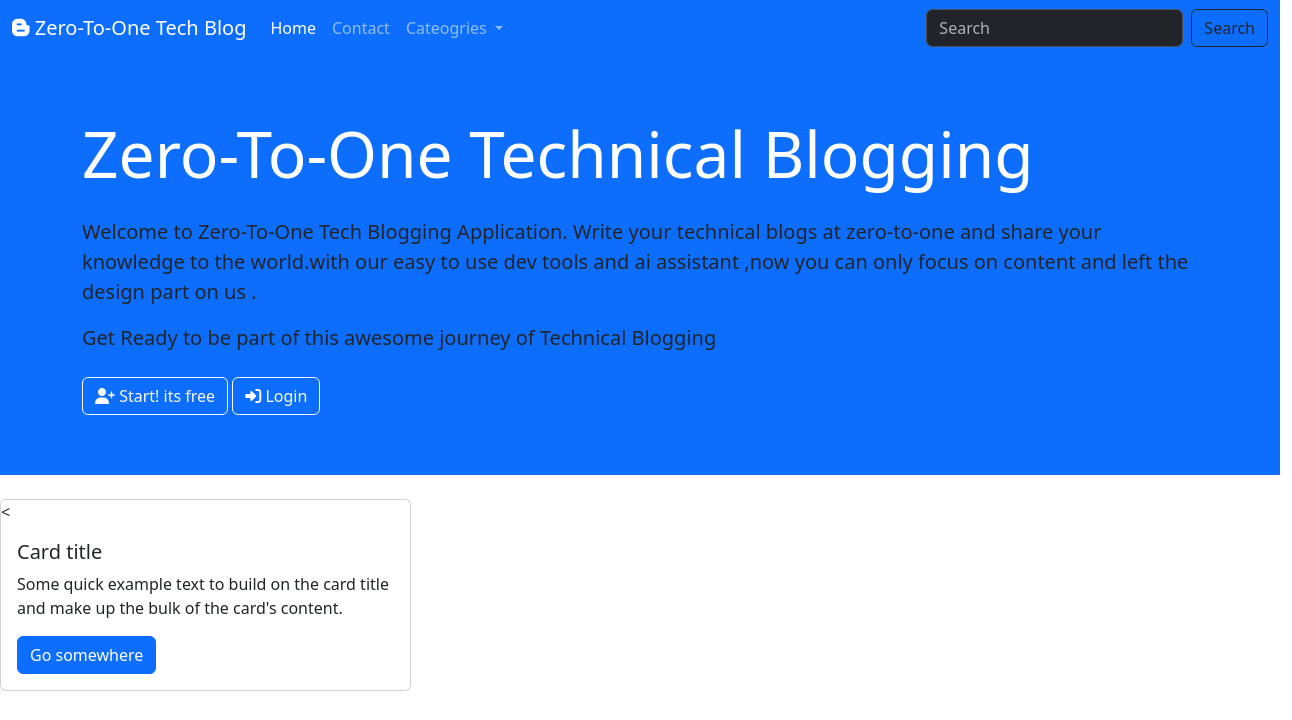
Repository: Gaurav560/PROJECT-ZeroToOne-TechBlog
Page: http://localhost/ZeroToOne/
An editor plug-in stored every save of this project. The page is shown before and after the next save, followed by the edit.
The browser window is 1280 px wide. The page is 1292 px wide, then 1280 px, so the pictures cover 1292 px, including what lies to the right of the window. The pictures show the whole page.
Some web libraries are served in a nearby version. The page is served by Tomcat 9.

Above is the page before, as saved 2023-04-29 07:48:50.

After the next save:
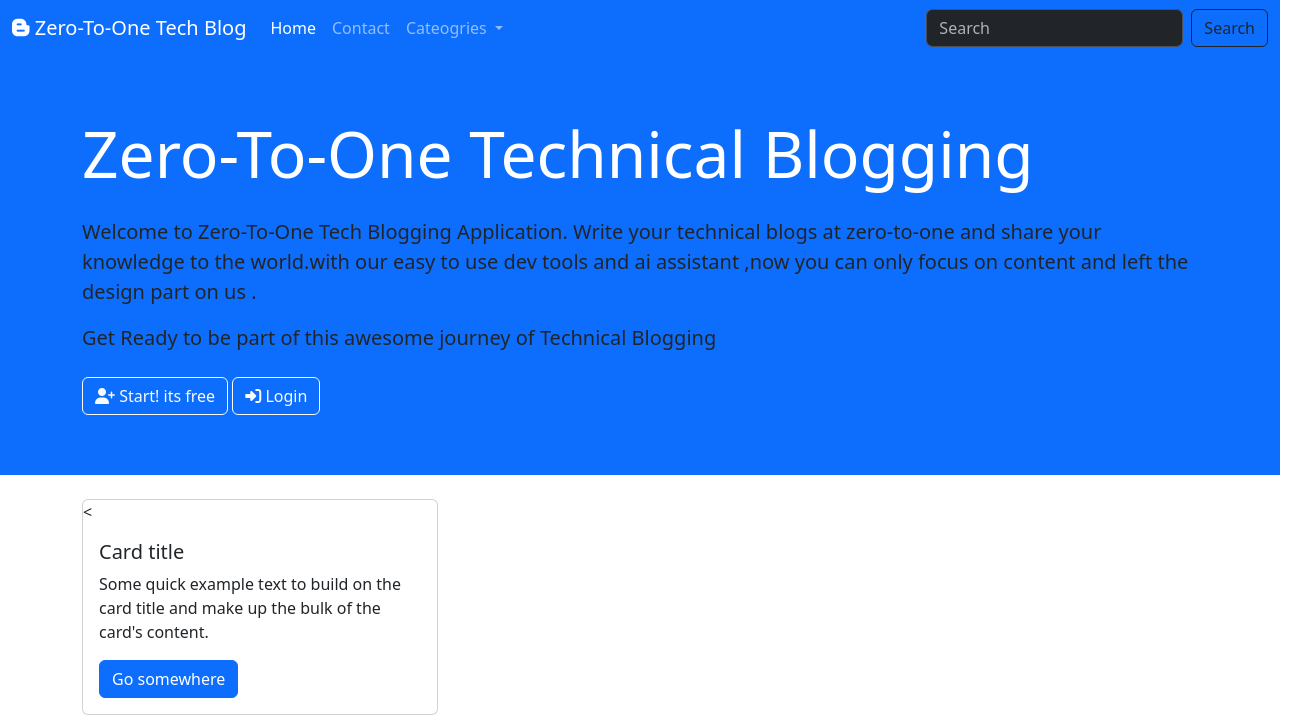
Saved 15 s later.
--- a/ZeroToOne/src/main/webapp/index.jsp
+++ b/ZeroToOne/src/main/webapp/index.jsp
@@ -48,7 +48,7 @@
 	<!-- jumbotron ends here -->
 <br>
 <!--cards starts here  -->
-<div class="contaier">
+<div class="container">
 <div class="row">
 
 <div class="col-md-4">
